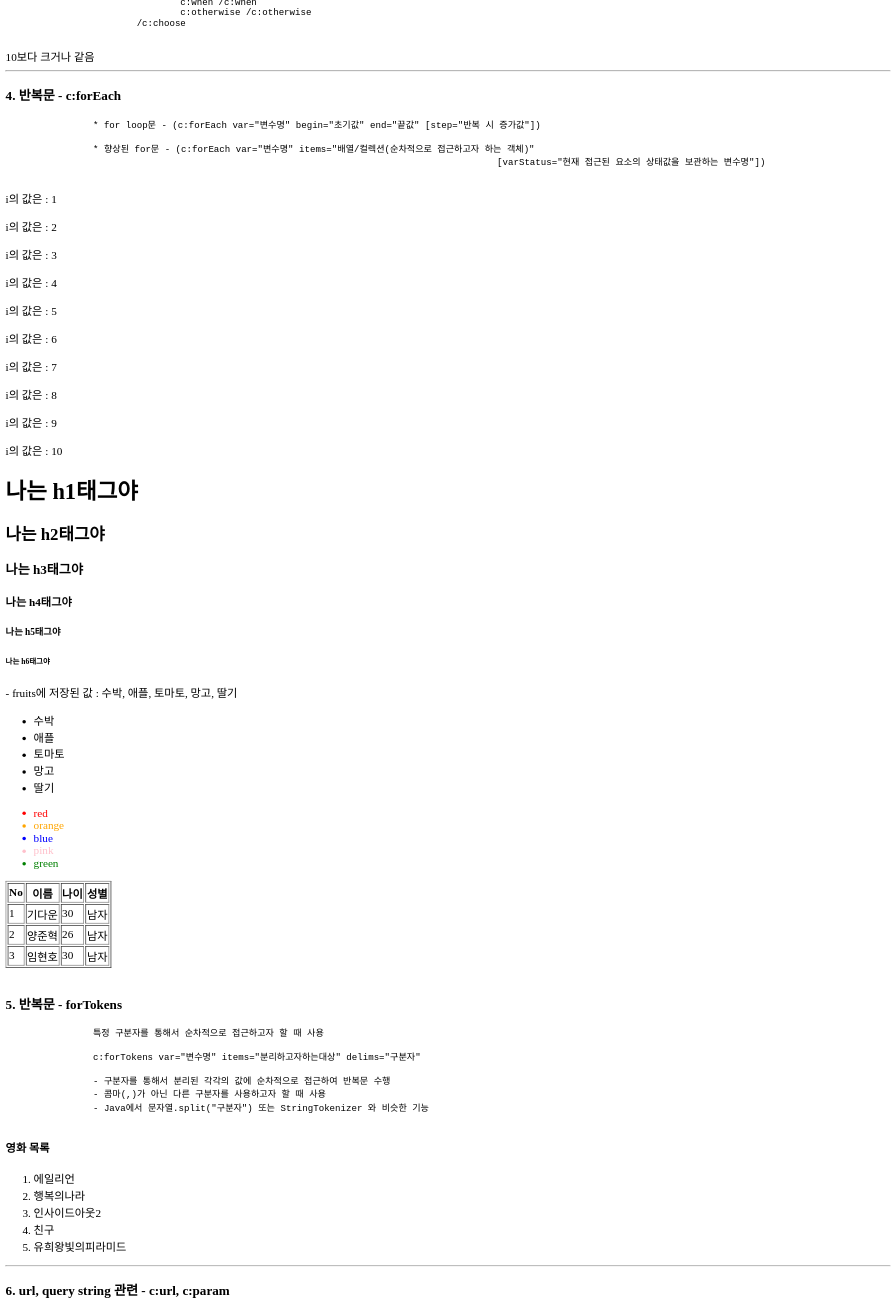
Repository: Developer-Choi-Jae-Young/ServletPractice
Page: http://localhost/3_elAction/views/3_Custom_Action/01_core.jsp
These files come from the project's save history. The page is drawn as it stood at one moment and after the next save; the edit follows.
The browser window is 1280 px wide. The pictures show the part of the page from y = 1119 to 3039 px (the page is 2992 px tall before and 3039 px after), at 70% of full size.
The page is served by Tomcat 9. Other server files are loaded and not shown.

Above is the page before, as saved 2024-08-27 06:34:11.

### 3_elAction/src/main/webapp/views/3_Custom_Action/01_core.jsp
<%@page import="java.util.ArrayList"%>
<%@page import="com.kh.model.vo.Person"%>
<%@ page language="java" contentType="text/html; charset=UTF-8"
    pageEncoding="UTF-8"%>
<%@ taglib prefix="c" uri="http://java.sun.com/jsp/jstl/core" %>
<!DOCTYPE html>
<html>
<head>
<meta charset="UTF-8">
<title>Custom Action Tag - Core</title>
</head>
<body>
	<h1>JSTL Core Library</h1>

	<h3>1. 변수</h3>
	<pre>
		* 변수 선언과 동시에 초기화 (c:set var="변수명" value="값" [scope="저장객체"])
			- 변수 선언하고 초기화까지의 기능을 제공
			- 해당 변수의 저장된 값을 어떤 scope에 setAttribute를 통해서 담아둘 지 결정
			=> c:set 으로 선언한 변수는 반드시 EL로 접근해야 함!
	</pre>

	<%-- num1 이라는 변수에 10이라는 값을 저장 --%>
	<c:set var="num1" value="10"/> <!-- pageScope.setAttribute("num1", 10) -->

	<%-- request 영역에 num2라는 변수에 20이라는 값을 저장 --%>
	<c:set var="num2" value="20" scope="request"/>

	<p>num1 : ${ num1 }</p>
	<p>num2 : ${ num2 }</p>

	<%-- num1과 num2의 합을 저장한 addNum이라는 변수를 session 영역에 저장 --%>
	<c:set var="addNum" value="${ num1 + num2 }" scope="session"/>

	<p>addNum : ${ addNum }</p>

	<%-- value 속성 대신 시작태그와 종료태그 사이에 초기값 지정 가능 --%>
	<c:set var="result">9999</c:set>

	<p>${ result }</p>

	<c:set var="result" value="7777" scope="request"/>
	<hr>

	<pre>
		* 변수 삭제 (c:remove var="삭제할 변수명" [scope-"삭제하고자하는 영역"])
			- 해당 scope 영역에 저장되어 있는 변수를 찾아 제거하는 태그
			=> 해당 scope에 .removeAttribute() 를 사용하여 제거하는 것과 동일하게 처리됨
	</pre>

	<%-- addNum 변수를 삭제 --%>
	<p>addNum : ${ addNum }</p>
	<c:remove var="addNum" scope="session"/>
	<p> 제거 후 addNum : ${ addNum }</p>
	<p>page scope 에 저장된 result : ${ pageScope.result }</p>
	<p>request scope 에 저장된 result : ${ requestScope.result }</p>

	<c:remove var="result"/>

	<p>scope 속성 없이 제거 : ${ pageScope.result }, ${ requestScope.result }</p>

	<hr>

	<pre>
		* 변수(데이터) 출력 (c:out value="출력하고자 하는 값"
								[default="기본값"]
								[escapeXml="true|false"])
	</pre>

	<%-- addNum에 저장된 값을 출력 --%>
	<c:out value="${ addNum }"/>
	<c:out value="${ addNum }" default="데이터 없음"/>

	<%-- outData라는 변수에 "<b>강조태그!!!</b>" 값을 저장 --%>
	<c:set var="outData" value="<b>강조태그!!!</b>"/>
	<c:out value="${ outData }"/> <%-- escapeXml 속성이 true(기본값) -> 출력데이터에 태그가 포함되어 있는 경우 해석되지 않음 --%>
	<c:out value="${ outData }" escapeXml="false"/>

	<hr>

	<h3>2. 조건문 - if(c:if test="조건식")</h3>
	<pre>
		- Java의 if문과 비슷한 역할을 하는 태그
		- 조건식은 test 속성에 작성 (EL구문을 사용하여 작성)
	</pre>

	<%-- num1이 num2보다 큰가? --%>

	<%-- JSTL로 선언된 변수는 접근 불가 (EL로만 접근 가능)
	<% if(num1 > num2) { %>
	<% } %>
	--%>

	<c:if test="${ num1 > num2 }">
		num1이 num2보다 큽니다.
	</c:if>
	<c:if test="${ num1 lt num2 }">
		num1이 num2보다 작습니다.
	</c:if>
	<br>
	<c:set var="hi" value="안녕"/>
	<%--
			hi 변수에 저장된 값이 "안녕"일 경우 hihihi~ 출력
							  그렇지 않은 경우 byebye 출력
	--%>
	<c:if test="${ hi == '안녕' }">
		hihihi~	<br>
	</c:if>
	<c:if test="${ hi != '안녕' }">
		byebye <br>
	</c:if>

	<hr>

	<h3>3. 조건문 - Choose (c:choose, c:when, c:otherwise)</h3>
	<pre>
		- Java의 if - else, if - else if문과 비슷하게 동작하는 태그
		- 구조
			* c:choose 하위 요소로 c:when, c:otherwise를 사용!
			c:choose
				c:when /c:when
				c:otherwise /c:otherwise
			/c:choose
	</pre>

	<%-- num1의 값이 20보다 크면 "20보다 큼"
					, 10보다 크거나 같으면 "10보다 크거나같음"
					, 그렇지 않으면 "10보다 작음" 을 출력 --%>
	<%--
	<% if(num1 > 20) { %>
		20보다 큼
	<% } else if(num1 >= 10) {%>
	<% } else { %>
	<% } %>
	--%>

	<c:choose>
		<c:when test="${ num1 gt 20 }">20보다 큼</c:when>
		<c:when test="${ num1 ge 10 }">10보다 크거나 같음</c:when>
		<c:otherwise>10보다 작음</c:otherwise>
	</c:choose>

	<hr>
	<h3>4. 반복문 - c:forEach</h3>
	<pre>
		* for loop문 - (c:forEach var="변수명" begin="초기값" end="끝값" [step="반복 시 증가값"])

		* 향상된 for문 - (c:forEach var="변수명" items="배열/컬렉션(순차적으로 접근하고자 하는 객체)"
											  [varStatus="현재 접근된 요소의 상태값을 보관하는 변수명"])
	</pre>
	<%--
	<%
		for(int i=0; i<10; i++) {
	%>
		<p>i의 값은 : <%= i %> </p>
	<% } %>
	--%>
	<c:forEach var="i" begin="1" end="10">
		<p>i의 값은 : ${ i }</p>
	</c:forEach>

	<%-- h1 ~ h6 태그를 출력하는데, "나느 hx태그야" --%>
	<c:forEach var="t" begin="1" end="6">
		<c:out value="<h${ t }>나는 h${ t }태그야</h${ t }>" escapeXml="false"/>
	</c:forEach>

	<c:set var="fruits">
		수박, 애플, 토마토, 망고, 딸기
	</c:set>

	- fruits에 저장된 값 : ${ fruits }

	<ul>
		<c:forEach var="f" items="${ fruits }">
			<li>${ f }</li>
		</c:forEach>
	</ul>

	<%--
		colors라는 변수에 4가지의 색상을 콤마(,)로 구분하여 저장
		목록 태그로 해당 글자 색생을 출력
	 --%>

	 <c:set var="colors">
	 	red, orange, blue, pink, green
	 </c:set>

	 <ul>
	 <c:forEach var="c" items="${ colors }">
	 	<li style="color: ${ c }">${ c }</li>
	 </c:forEach>
	 </ul>

	 <%
	 	ArrayList<Person> list = new ArrayList<>();

	 	list.add(new Person("기다운", 30, "남자"));
	 	list.add(new Person("양준혁", 26, "남자"));
	 	list.add(new Person("임현호", 30, "남자"));
	 %>
	 <%-- request.setAttribute("pList", list); --%>
	 <c:set var="pList" value="<%= list %>" scope="request"/>

	 <table border="1">
	 	<thead>
	 		<tr>
	 			<th>No</th>
	 			<th>이름</th>
	 			<th>나이</th>
	 			<th>성별</th>
	 		</tr>
	 	</thead>
	 	<tbody>
	 		<%--
	 		<% if(list.isEmpty()) { %>
	 			<tr>
	 				<td colspan="4"> 조회된 결과가 없습니다.</td>
	 			</tr>
	 		<% } else { %>
	 		<% for(int i =0; i < list.size(); i++) { %>
	 			<tr>
	 				<td> <%= i %></td>
	 				<td> <%= list.get(i).getName() %></td>
	 				<td> <%= list.get(i).getAge() %></td>
	 				<td> <%= list.get(i).getGender() %></td>
	 			</tr>
	 		<% } %>
	 		<% } %>
	 		 --%>
	 		<c:choose>
	 		<c:when test="${ empty pList }">
	 			<tr>
	 				<td colspan="4"> 조회된 결과가 없습니다.</td>
	 			</tr>
	 		</c:when>
	 		<c:otherwise>
	 			<c:forEach var="p" items="${ pList }" varStatus="s">
	 			<tr>
	 				<td>${ s.count }</td>
	 				<td>${ p.name }</td>
	 				<td>${ p.age }</td>
	 				<td>${ p.gender }</td>
	 			</tr>
			 </c:forEach>
	 		</c:otherwise>
	 		</c:choose>
	 	</tbody>
	 </table>

	 <br>

	 <h3>5. 반복문 - forTokens</h3>
	 <pre>
	 	특정 구분자를 통해서 순차적으로 접근하고자 할 때 사용

	 	c:forTokens var="변수명" items="분리하고자하는대상" delims="구분자"

	 	- 구분자를 통해서 분리된 각각의 값에 순차적으로 접근하여 반복문 수행
	 	- 콤마(,)가 아닌 다른 구분자를 사용하고자 할 때 사용
	 	- Java에서 문자열.split("구분자") 또는 StringTokenizer 와 비슷한 기능
	 </pre>

	 <%-- movie 라는 이름의 변수에 5개 저장 (구분자: / . ,) --%>
	 <c:set var="movie" value="에일리언/행복의나라.인사이드아웃2,친구/유희왕빛의피라미드"/>
	 <h4>영화 목록</h4>
	 <ol>
	 	<c:forTokens var="m" items="${ movie }" delims="/.,">
	 		<li>${ m }</li>
	 	</c:forTokens>
	 </ol>

	 <hr>

	 <h3>6. url, query string 관련 - c:url, c:param</h3>
</body>
</html>

### 3_elAction/src/main/java/com/kh/model/vo/Person.java
package com.kh.model.vo;

public class Person {
	private String name;
	private int age;
	private String gender;

	public Person() {

	}

	public Person(String name, int age, String gender) {
		this.name = name;
		this.gender = gender;
		this.age = age;
	}

	public String getName() {
		return name;
	}

	public void setName(String name) {
		this.name = name;
	}

	public int getAge() {
		return age;
	}

	public void setAge(int age) {
		this.age = age;
	}

	public String getGender() {
		return gender;
	}

	public void setGender(String gender) {
		this.gender = gender;
	}

	@Override
	public String toString() {
		return "Person [name=" + name + ", age=" + age + ", gender=" + gender + "]";
	}
}

After the next save:
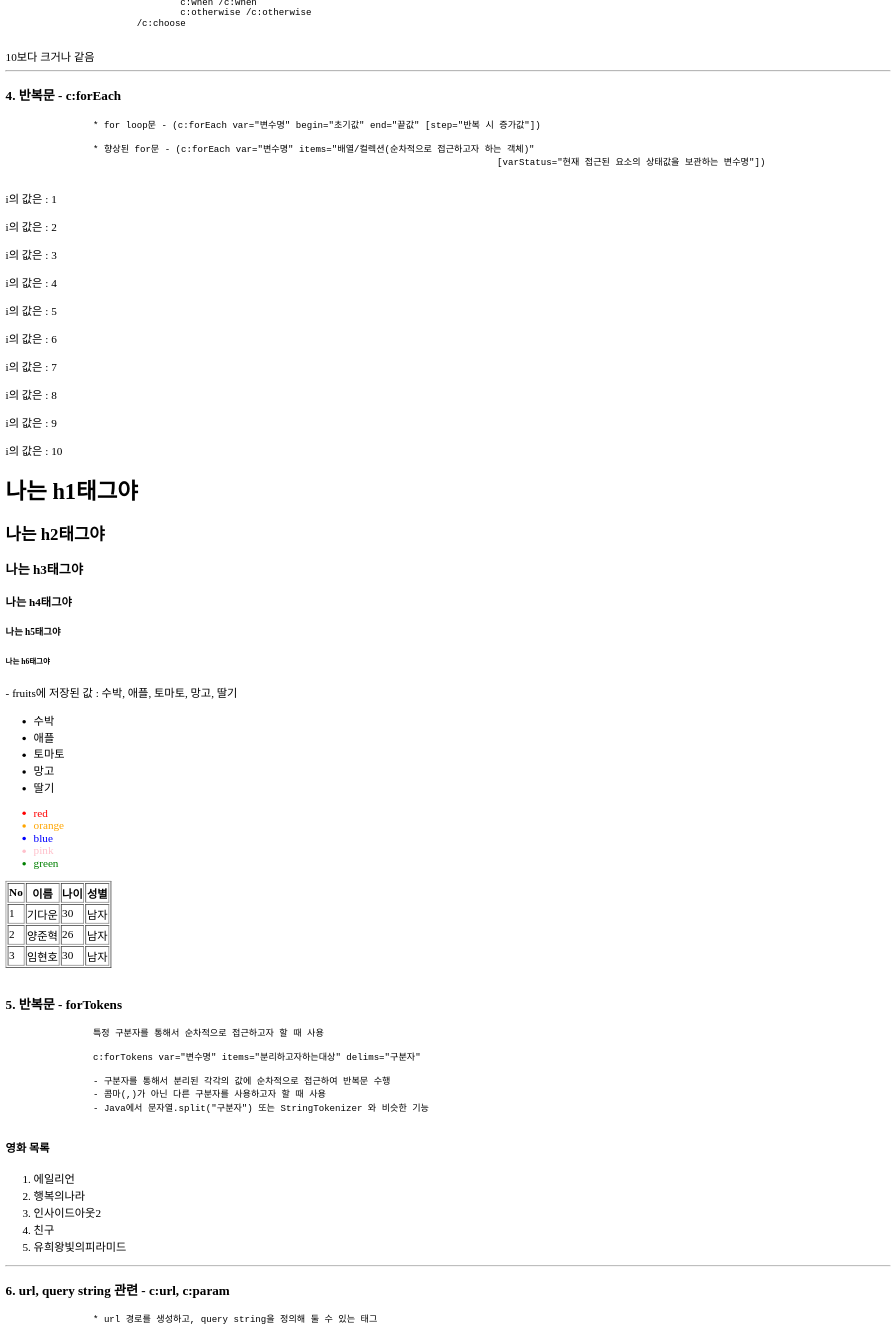
Saved 2 min 59 s later.
--- a/3_elAction/src/main/webapp/views/3_Custom_Action/01_core.jsp
+++ b/3_elAction/src/main/webapp/views/3_Custom_Action/01_core.jsp
@@ -272,5 +272,8 @@
 	 <hr>
 
 	 <h3>6. url, query string 관련 - c:url, c:param</h3>
+	 <pre>
+	 	* url 경로를 생성하고, query string을 정의해 둘 수 있는 태그
+	 </pre>
 </body>
 </html>
